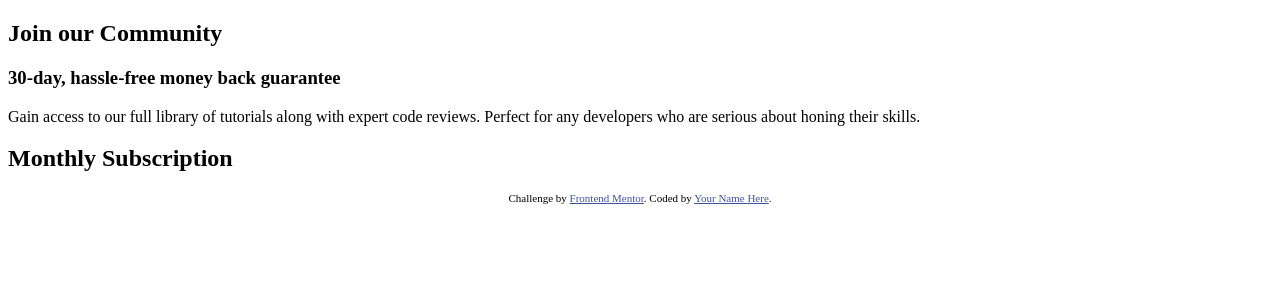
Repository: OmniaRafat232111121/single-price-grid-component-master
Page: index.html
The author's editor kept a copy of each file at every save. The page is drawn from the files as they stood at one save, then again after the next save.
The browser window is 1280 px wide. The pictures show the whole page.

Above is the page before, as saved 2022-06-28 00:11:10.

### index.html
<!DOCTYPE html>
<html lang="en">
<head>
  <meta charset="UTF-8">
  <meta name="viewport" content="width=device-width, initial-scale=1.0"> <!-- displays site properly based on user's device -->

  <link rel="icon" type="image/png" sizes="32x32" href="./images/favicon-32x32.png">

  <title>Frontend Mentor | Single Price Grid Component</title>

  <!-- Feel free to remove these styles or customise in your own stylesheet 👍 -->
  <style>
    .attribution { font-size: 11px; text-align: center; }
    .attribution a { color: hsl(228, 45%, 44%); }
  </style>
</head>
<body>

  <di class="card">
    <section class="bg-white section ">
      <h2>Join our Community</h2>
      <h3>30-day, hassle-free money back guarantee</h3>
      <p>Gain access to our full library of tutorials along with expert code reviews. Perfect for any developers who are serious about honing their skills.</p>

    </section>

    <section class="bg-dark-cyan section">
     <h2>Monthly Subscription</h2>
     <div class="pricetag"><span id="price"></span></div>
    </section>
  </di>
  <footer>
    <p class="attribution">
      Challenge by <a href="https://www.frontendmentor.io?ref=challenge" target="_blank">Frontend Mentor</a>.
      Coded by <a href="#">Your Name Here</a>.
    </p>
  </footer>
</body>
</html>

After the next save:
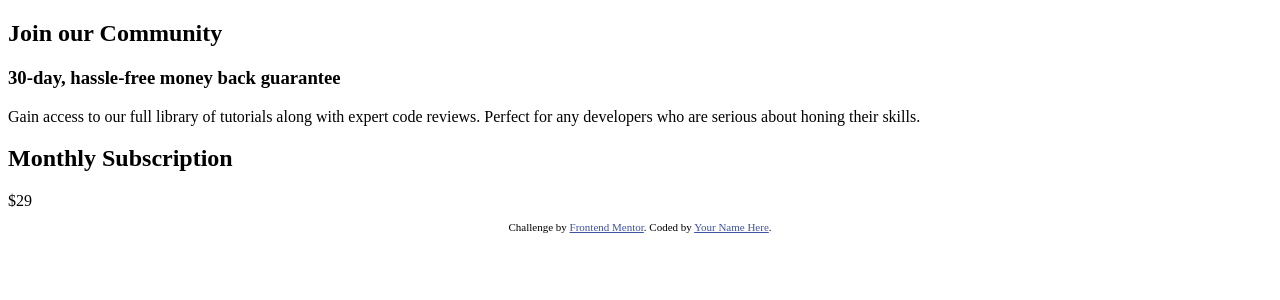
Saved 12 s later.
--- a/index.html
+++ b/index.html
@@ -26,7 +26,7 @@
 
     <section class="bg-dark-cyan section">
      <h2>Monthly Subscription</h2>
-     <div class="pricetag"><span id="price"></span></div>
+     <div class="pricetag"><span id="price">&dollar;29</span></div>
     </section>
   </di>
   <footer>
